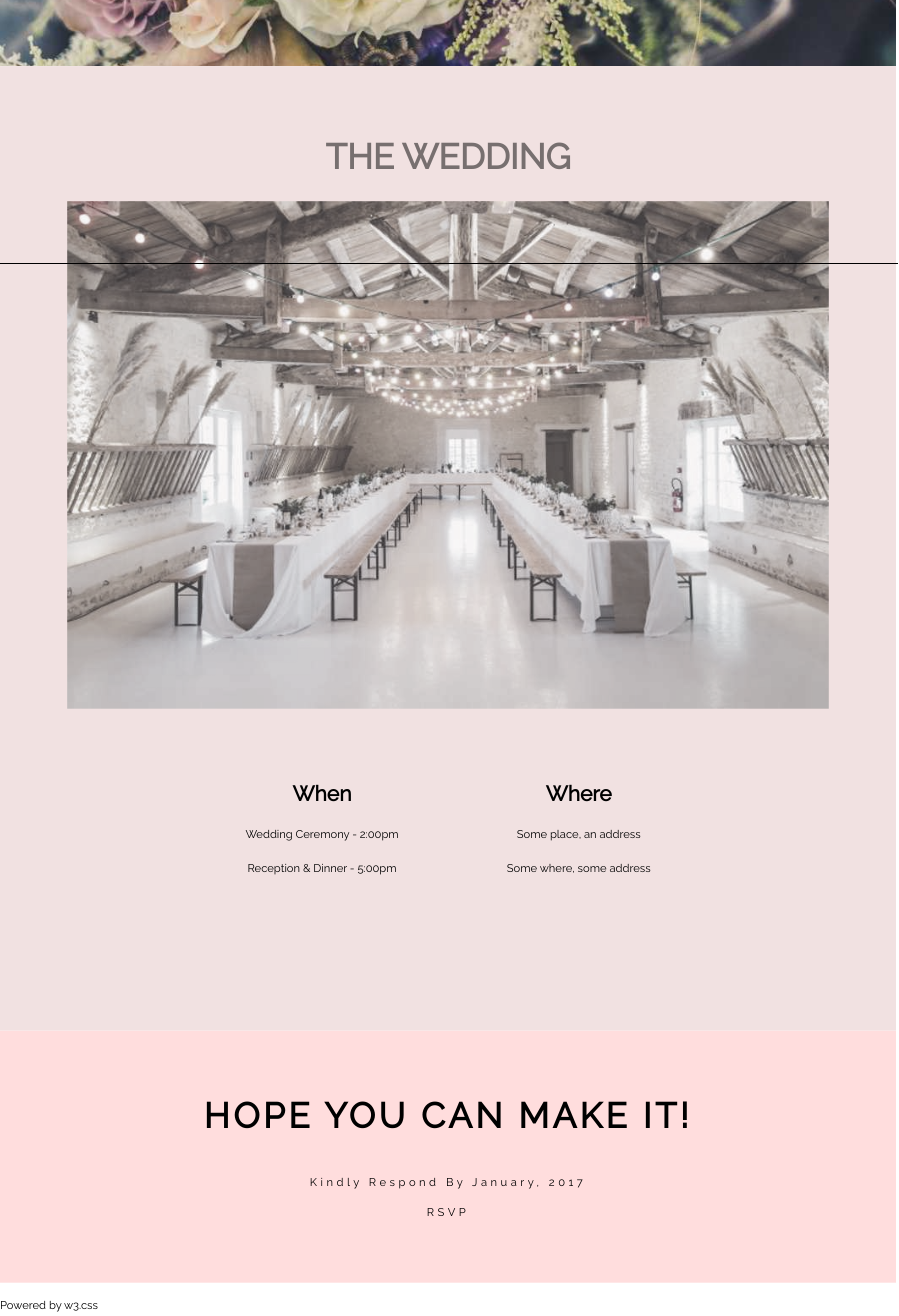
Repository: hesshess/clonecoding-assignment
Page: 4-wedding-invitation/template4.html
These files come from the project's save history. The page is drawn as it stood at one moment and after the next save; the edit follows.
The browser window is 1280 px wide. The page is 1284 px wide, so the pictures cover 1284 px, including what lies to the right of the window. The pictures show the part of the page from y = 2529 to 4409 px (the page is 4409 px tall), at 70% of full size.

Above is the page before, as saved 2022-03-17 18:46:45.

After the next save:
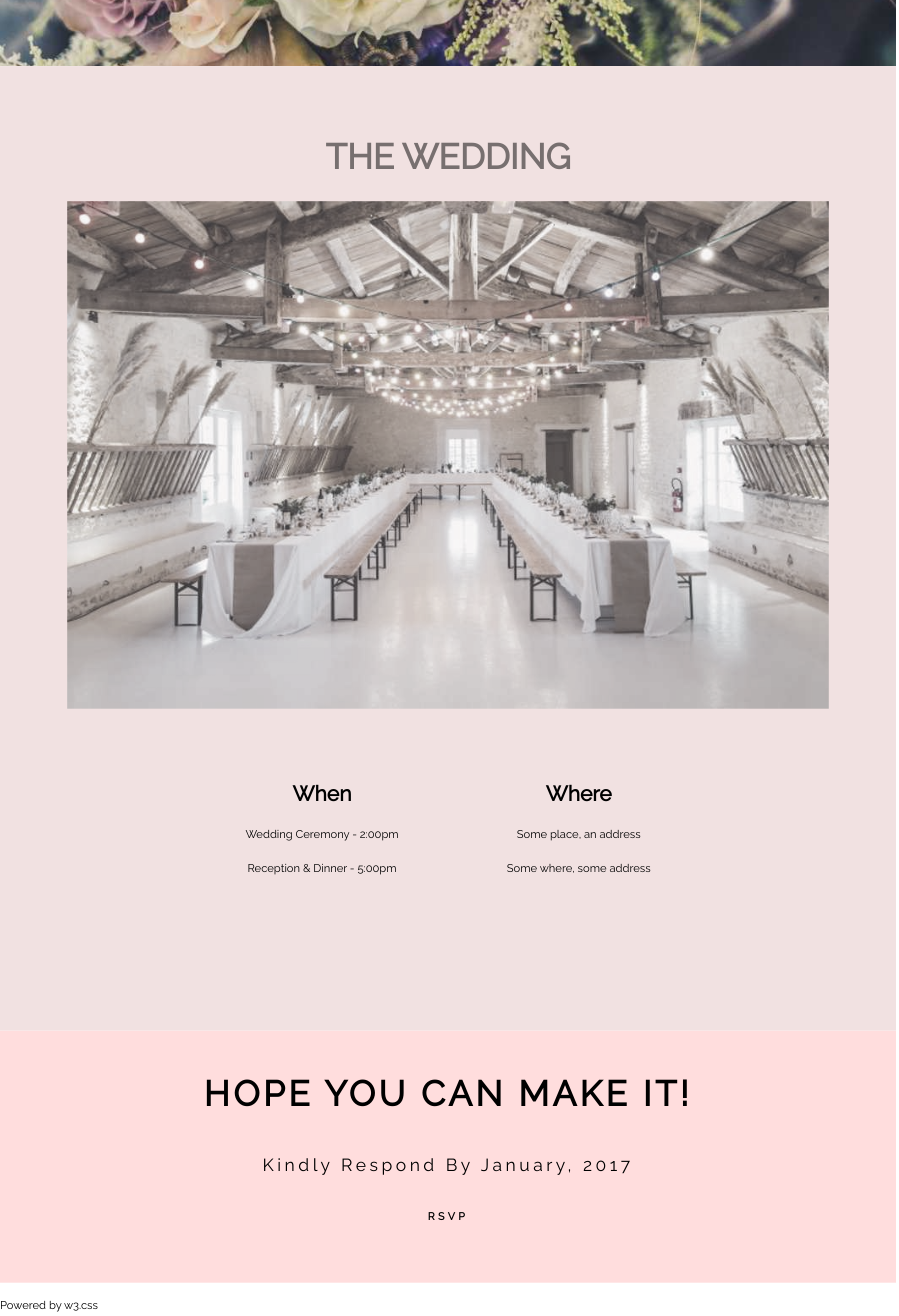
Saved 45 s later.
--- a/4-wedding-invitation/template4.html
+++ b/4-wedding-invitation/template4.html
@@ -88,9 +88,9 @@
     <!-- RSVP section -->
     <div id="rsvp">
       <h1>HOPE YOU CAN MAKE IT!</h1>
-      <p>Kindly Respond By January, 2017</p>
+      <h3>Kindly Respond By January, 2017</h3>
 
-      <div class="rsvp_btn">RSVP</div>
+      <h5 class="rsvp_btn">RSVP</h5>
     </div>
 
     <!-- Footer -->
